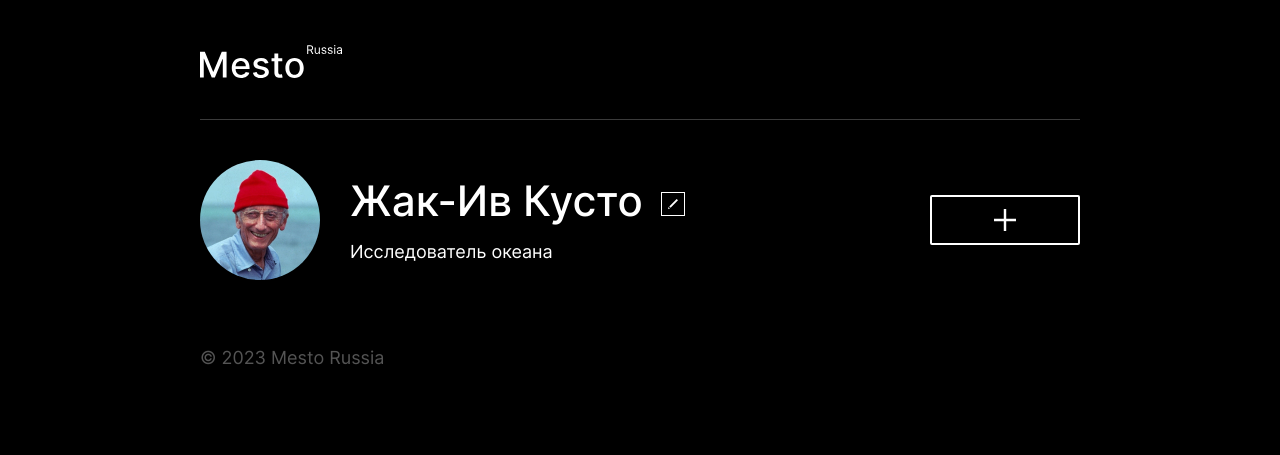
Repository: Dmitry-Rusinov/mesto
Page: index.html
The author's editor kept a copy of each file at every save. The page is drawn from the files as they stood at one save, then again after the next save.
The browser window is 1280 px wide. The pictures show the whole page.

Above is the page before, as saved 2023-05-12 15:16:50.
Console error: TypeError: Cannot read properties of null (reading 'content')

### index.html
<!DOCTYPE html>
<html lang="ru">
  <head>
    <meta charset="UTF-8" />
    <meta name="viewport" content="width=device-width, initial-scale=1.0" />
    <link rel="stylesheet" href="./pages/index.css" />
    <title>Третий проект Яндекс.Практикум "Место"</title>
  </head>
  <body class="page">
    <div class="content">
      <header class="header">
        <img
          src="./images/logo.svg"
          alt="Логотип проекта Место.Россия"
          class="header__logo"
        />
      </header>
      <main>
        <section class="profile">
          <img
            src="./images/image.jpg"
            alt="Фотография пользователя"
            class="profile__avatar"
          />
          <div class="profile__info">
            <h1 class="profile__info-title">Жак-Ив Кусто</h1>
            <button
              type="button"
              title="Кнопка редактирования профиля"
              class="profile__edit-button"
            ></button>
            <p class="profile__subtitle">Исследователь океана</p>
          </div>
          <button
            type="button"
            title="Кнопка добавления фото-карточки"
            class="profile__add-button"
          ></button>
        </section>
        <section class="elements">
          <!--<ul class="elements__card">
            <li class="elements__card-content">
              <img
                src="./images/andrea-de-santis-Hu1ixxtInvs-unsplash.jpg"
                alt="Абстрактная многоярусная лестница"
                class="elements__picture"
              />
              <button type="button" title="Кнопка удаления карточки" class="elements__button-delete"></button>
              <div class="elements__description">
                <div class="elements__container">
                  <h2 class="elements__title">Лестница</h2>
                  <button
                    type="button"
                    title="Кнопка лайка картинки"
                    class="elements__button-like"
                  ></button>
                </div>
              </div>
            </li>
            <li class="elements__card-content">
              <img
                src="./images/david-becker-pEqvRg-o-PY-unsplash.jpg"
                alt="Северное сияние"
                class="elements__picture"
              />
              <button type="button" title="Кнопка удаления карточки" class="elements__button-delete"></button>
              <div class="elements__description">
                <div class="elements__container">
                  <h2 class="elements__title">Северное сияние</h2>
                  <button
                    type="button"
                    title="Кнопка лайка картинки"
                    class="elements__button-like"
                  ></button>
                </div>
              </div>
            </li>
            <li class="elements__card-content">
              <img
                src="./images/hamdhulla-shakeeb-S98UHzzXq_E-unsplash.jpg"
                alt="Пляж с пальмами и голубой водой"
                class="elements__picture"
              />
              <button type="button" title="Кнопка удаления карточки" class="elements__button-delete"></button>
              <div class="elements__description">
                <div class="elements__container">
                  <h2 class="elements__title">Пляж</h2>
                  <button
                    type="button"
                    title="Кнопка лайка картинки"
                    class="elements__button-like"
                  ></button>
                </div>
              </div>
            </li>
            <li class="elements__card-content">
              <img
                src="./images/josh-hild-znpfVkfxRgk-unsplash.jpg"
                alt="Девушка с удивленным взглядом в поле цветов"
                class="elements__picture"
              />
              <button type="button" title="Кнопка удаления карточки" class="elements__button-delete"></button>
              <div class="elements__description">
                <div class="elements__container">
                  <h2 class="elements__title">Девушка в цветах</h2>
                  <button
                    type="button"
                    title="Кнопка лайка картинки"
                    class="elements__button-like"
                  ></button>
                </div>
              </div>
            </li>
            <li class="elements__card-content">
              <img
                src="./images/mat-5DDrT2ioNuI-unsplash.jpg"
                alt="Римские колонны"
                class="elements__picture"
              />
              <button type="button" title="Кнопка удаления карточки" class="elements__button-delete"></button>
              <div class="elements__description">
                <div class="elements__container">
                  <h2 class="elements__title">Римские колонны</h2>
                  <button
                    type="button"
                    title="Кнопка лайка картинки"
                    class="elements__button-like"
                  ></button>
                </div>
              </div>
            </li>
            <li class="elements__card-content">
              <img
                src="./images/shana-van-roosbroek-nkS1Y4KsEAw-unsplash.jpg"
                alt="Доски для серфинга на пляже"
                class="elements__picture"
              />
              <button type="button" title="Кнопка удаления карточки" class="elements__button-delete"></button>
              <div class="elements__description">
                <div class="elements__container">
                  <h2 class="elements__title">Серфинг</h2>
                  <button
                    type="button"
                    title="Кнопка лайка картинки"
                    class="elements__button-like"
                  ></button>
                </div>
              </div>
            </li>
          </ul>-->
        </section>
      </main>
      <footer class="footer">
        <p class="footer__text">© 2023 Mesto Russia</p>
      </footer>
    </div>
    <div class="popup">
      <div class="popup__container">
        <button
          type="button"
          class="popup__closed"
          title="Кнопка закрытия формы"
        ></button>
        <h2 class="popup__title">Редактировать профиль</h2>
        <form name="form" class="popup__form">
          <fieldset class="popup__content">
            <input
              class="popup__input popup__input_user_name"
              type="text"
              id="user-name"
              placeholder="Как вас зовут?"
              minlength="1"
              maxlength="200"
              name="name"
            />
            <input
              class="popup__input popup__input_user_job"
              type="text"
              id="description"
              placeholder="Дополнитерьная информация"
              minlength="1"
              maxlength="400"
              name="job"
            />
          </fieldset>
          <button type="submit" class="popup__submit" value="eddit">
            Сохранить
          </button>
        </form>
      </div>
    </div>
    <script src="./scripts/index.js"></script>
  </body>
</html>

### pages/index.css
@import url(../vendor/normalize.css);
@import url(../vendor/fonts.css);
@import url(../blocks/page/page.css);
@import url(../blocks/content/content.css);

/*header*/
@import url(../blocks/header/header.css);
@import url(../blocks/header/__logo/header__logo.css);

/*profile*/
@import url(../blocks/profile/profile.css);
@import url(../blocks/profile/__add-button/profile__add-button.css);
@import url(../blocks/profile/__avatar/profile__avatar.css);
@import url(../blocks/profile/__edit-button/profile__edit-button.css);
@import url(../blocks/profile/__info/profile__info.css);
@import url(../blocks/profile/__info-title/profile__info-title.css);
@import url(../blocks/profile/__subtitle/profile__subtitle.css);

/*elements*/
@import url(../blocks/elements/elements.css);
@import url(../blocks/elements/__card/elements__card.css);
@import url(../blocks/elements/__button-like/elements__button-like.css);
@import url(../blocks/elements/__card-content/elements__card-content.css);
@import url(../blocks/elements/__container/elements__container.css);
@import url(../blocks/elements/__picture/elements__picture.css);
@import url(../blocks/elements/__title/elements__title.css);
@import url(../blocks/elements/__button-delete/elements__button-delete.css);

/*footer*/
@import url(../blocks/footer/footer.css);
@import url(../blocks/footer/__text/footer__text.css);

/*popup*/
@import url(../blocks/popup/popup.css);
@import url(../blocks/popup/__title/popup__title.css);
@import url(../blocks/popup/__submit/popup__submit.css);
@import url(../blocks/popup/_opened/popup_opened.css);
@import url(../blocks/popup/__input/popup__input.css);
@import url(../blocks/popup/__form/popup__form.css);
@import url(../blocks/popup/__content/popup__content.css);
@import url(../blocks/popup/__container/popup__container.css);
@import url(../blocks/popup/__closed/popup__closed.css);

### scripts/index.js
const buttonPopupOpen = document.querySelector('.profile__edit-button');
const popup = document.querySelector('.popup');
const buttonPopupClosed = document.querySelector('.popup__closed');
let formElement = document.querySelector('.popup__form');
let nameInput = document.querySelector('.popup__input_user_name');
let jobInput = document.querySelector('.popup__input_user_job');
let newNameInput = document.querySelector('.profile__info-title');
let newJobInput = document.querySelector('.profile__subtitle');

const togglePopupState = (popupToToggle) => popupToToggle.classList.toggle('popup_opened');

buttonPopupOpen.addEventListener('click', () => {
  togglePopupState(popup);
  nameInput.value = newNameInput.textContent;
  jobInput.value = newJobInput.textContent;
});

buttonPopupClosed.addEventListener('click', () => togglePopupState(popup));
/*popup.addEventListener('click', (evt) => {
  if (evt.target === evt.currentTarget) {
    togglePopupState(popup)
  }
})*/

function handleFormSubmit (evt) {
    evt.preventDefault();
    newNameInput.textContent = nameInput.value;
    newJobInput.textContent = jobInput.value;
    togglePopupState(popup);
}
// Прикрепляем обработчик к форме:
// он будет следить за событием “submit” - «отправка»
formElement.addEventListener('submit', handleFormSubmit);

const elementsCard = document.querySelector('.elements__card');
const elementsCardContent = document.querySelector('.elements__card-content').content;
//const elementsPicture = document.querySelector('.elements__picture');
//const elementsTitle = document.querySelector('.elements__title');


const initialCards = [
  {
    name: 'Архыз',
    link: 'https://pictures.s3.yandex.net/frontend-developer/cards-compressed/arkhyz.jpg'
  },
  {
    name: 'Челябинская область',
    link: 'https://pictures.s3.yandex.net/frontend-developer/cards-compressed/chelyabinsk-oblast.jpg'
  },
  {
    name: 'Иваново',
    link: 'https://pictures.s3.yandex.net/frontend-developer/cards-compressed/ivanovo.jpg'
  },
  {
    name: 'Камчатка',
    link: 'https://pictures.s3.yandex.net/frontend-developer/cards-compressed/kamchatka.jpg'
  },
  {
    name: 'Холмогорский район',
    link: 'https://pictures.s3.yandex.net/frontend-developer/cards-compressed/kholmogorsky-rayon.jpg'
  },
  {
    name: 'Байкал',
    link: 'https://pictures.s3.yandex.net/frontend-developer/cards-compressed/baikal.jpg'
  }
];

const elementsInfo = initialCards.map((item) => {
  return {
    name: item.name,
    link: item.link
  };
});

function createCard({name, link}) {
  const changedElements = elementsCard.querySelector('.elements__card-content').cloneNode(true);
  changedElements.querySelector('.elements__title').textContent = name;
  changedElements.querySelector('.elements__picture').src = link;
  elementsCard.prepend(changedElements);
}

function create() {
  elementsInfo.forEach(createCard);
}

create();

### vendor/fonts.css
@font-face {
  font-family: 'Inter';
  font-style:  normal;
  font-weight: 400;
  font-display: swap;
  src: url("Inter-Regular.woff2?v=3.19") format("woff2"),
       url("Inter-Regular.woff?v=3.19") format("woff");
}
@font-face {
  font-family: 'Inter';
  font-style:  normal;
  font-weight: 500;
  font-display: swap;
  src: url("Inter-Medium.woff2?v=3.19") format("woff2"),
       url("Inter-Medium.woff?v=3.19") format("woff");
}
@font-face {
  font-family: 'Inter';
  font-style:  normal;
  font-weight: 900;
  font-display: swap;
  src: url("Inter-Black.woff2?v=3.19") format("woff2"),
       url("Inter-Black.woff?v=3.19") format("woff");
}

### blocks/page/page.css
.page {
  font-family: "Inter", Helvetica, Arial, sans-serif;
  background-color: #000000;
  -webkit-text-size-adjust: 100%;
  -ms-text-size-adjust: 100%;
  -moz-text-size-adjust: 100%;
  -webkit-font-smoothing: antialiased;
  -moz-osx-font-smoothing: grayscale;
  text-rendering: optimizeLegibility;
  margin: 0 auto;
  width: 100%;
}

### blocks/content/content.css
.content {
  max-width: calc(1280px - 2 * 200px);
  width: calc(100% - 2 * 200px);
  margin: 45px auto 60px;
  position: relative;
}

@media screen and (max-width: 1279px) {
  .content {
    max-width: calc(1279px - 2 * 15.6%);
    width: calc(100% - 2 * 15.6%);
  }
}

@media screen and (max-width: 768px) {
  .content {
    max-width: calc(768px - 2 * 6%);
    width: calc(100% - 2 * 6%);
    margin: 28px auto 36px;
  }
}

@media screen and (max-width: 320px) {
  .content {
    width: 100%;
  }
}

### blocks/header/header.css
.header {
  display: flex;
  flex-direction: column;
  justify-content: space-between;
  margin: 0;
  border-bottom: 1px solid rgba(84, 84, 84, 0.7);
}

### blocks/header/__logo/header__logo.css
.header__logo {
  object-fit: contain;
  margin-bottom: 41px;
  max-width: 142px;
}

@media screen and (max-width: 320px) {
  .header__logo {
    max-width: 103.74px;
    margin-bottom: 31.6px;
    margin-left: 27px;
  }
}

### blocks/profile/profile.css
.profile {
  display: flex;
  width: 100%;
  margin: 40px auto 0;
  align-items: center;
}
@media screen and (max-width: 980px) {
  .profile {
    flex-direction: column;
  }
}

### blocks/profile/__add-button/profile__add-button.css
.profile__add-button {
  background-image: url(../../../images/addBottonPlus.svg);
  width: 150px;
  height: 50px;
  background-repeat: no-repeat;
  background-position: center;
  background-color: transparent;
  border: 2px solid #ffffff;
  border-radius: 2px;
  box-sizing: border-box;
  cursor: pointer;
  align-self: center;
  margin-left: auto;
  transition: opacity 0.6s;
}

.profile__add-button:hover {
  opacity: 0.6;
}

@media screen and (max-width: 980px) {
  .profile__add-button {
    margin: auto;
    width: 330px;
  }
}

@media screen and (max-width: 425px) {
  .profile__add-button {
    width: 234px;
  }
}

@media screen and (max-width: 320px) {
  .profile__add-button {
    max-width: calc(320px - 2 * 19px);
    width: calc(100% - 2 * 19px);
    background-size: 16px;
  }
}

### blocks/profile/__avatar/profile__avatar.css
.profile__avatar {
  object-fit: cover;
  border-radius: 50%;
  width: 120px;
  height: 120px;
  margin-right: 30px;
  padding: 0;
}

@media screen and (max-width: 980px) {
  .profile__avatar {
    margin: 0 auto 26px;
  }
}

### blocks/profile/__edit-button/profile__edit-button.css
.profile__edit-button {
  border: 1px solid #ffffff;
  background-image: url(../../../images/edit-button.svg);
  height: 24px;
  width: 24px;
  background-color: transparent;
  background-position: center;
  cursor: pointer;
  transition: opacity 0.6s;
  box-sizing: border-box;
  padding: 0;
  background-repeat: no-repeat;
}

.profile__edit-button:hover {
  opacity: 0.6;
}

@media screen and (max-width: 425px) {
  .profile__edit-button {
    height: 18px;
    width: 18px;
    background-size: 8px;
  }
}

### blocks/profile/__info/profile__info.css
.profile__info {
  display: grid;
  grid-template-columns: 1fr 24px;
  column-gap: 18px;
  row-gap: 16px;
  align-items: baseline;
  box-sizing: border-box;
  max-width: 336px;
}

@media screen and (max-width: 980px) {
  .profile__info {
    margin: 0 auto 36px;
  }
}

@media screen and (max-width: 425px) {
  .profile__info {
    grid-template-columns: 1fr 18px;
    column-gap: 14px;
    row-gap: 10px;
  }
}

### blocks/profile/__info-title/profile__info-title.css
.profile__info-title {
  color: white;
  font-style: normal;
  font-weight: 500;
  font-size: 42px;
  line-height: 48px;
  margin: 0;
  padding: 0;
  text-overflow: ellipsis;
  white-space: nowrap;
  overflow: hidden;
  vertical-align: baseline;
}

@media screen and (max-width: 980px) {
  .profile__info-title {
    text-align: center;
  }
}

@media screen and (max-width: 425px) {
  .profile__info-title {
    font-size: 27px;
    line-height: 33px;
  }
}

### blocks/profile/__subtitle/profile__subtitle.css
.profile__subtitle {
  font-style: normal;
  font-weight: 400;
  font-size: 18px;
  line-height: 1.22;
  margin: 0;
  padding: 0;
  color: #ffffff;
  text-overflow: ellipsis;
  white-space: nowrap;
  overflow: hidden;
}

@media screen and (max-width: 980px) {
  .profile__subtitle {
    text-align: center;
    grid-column: 1 / 3;
  }
}

@media screen and (max-width: 425px) {
  .profile__subtitle {
    font-size: 14px;
    line-height: 17px;
  }
}

### blocks/elements/elements.css
.elements {
  margin: 51px auto 0;
}

@media screen and (max-width: 425px) {
  .elements {
    margin: 36px auto 0;
  }
}

### blocks/elements/__card/elements__card.css
.elements__card {
  list-style: none;
  display: grid;
  grid-template-columns: repeat(3, 1fr);
  column-gap: 17px;
  row-gap: 20px;
  margin: 0;
  padding: 0;
}

@media screen and (max-width: 1279px) {
  .elements__card {
    grid-template-columns: repeat(2, 1fr);
    max-width: max-content;
    margin: 0 auto;
  }
}

@media screen and (max-width: 980px) {
  .elements__card {
    grid-template-columns: 1fr;
  }
}

### blocks/elements/__button-like/elements__button-like.css
.elements__button-like {
  background-image: url(../../../images/botton-like.svg);
  width: 22px;
  height: 19px;
  border: 0;
  background-color: transparent;
  cursor: pointer;
  transition: opacity 0.6s;
}

.elements__button-like:hover {
  opacity: 0.5;
}

.elements__button-like:active {
  background-image: url(../../../images/button-like-active.svg);
  opacity: 1;
}

### blocks/elements/__card-content/elements__card-content.css
.elements__card-content {
  display: flex;
  position: relative;
  flex-direction: column;
  border-radius: 10px;
  margin: 0;
  padding: 0;
  overflow: hidden;
  background: #FFFFFF;
}

### blocks/elements/__container/elements__container.css
.elements__container {
  display: flex;
  justify-content: space-between;
  margin: 25px 20px 31px;
  align-items: center;
}

### blocks/elements/__picture/elements__picture.css
.elements__picture {
  height: 282px;
  width: 100%;
  object-fit: cover;
}

### blocks/elements/__title/elements__title.css
.elements__title {
  font-style: normal;
  font-weight: 900;
  font-size: 1.5em;
  line-height: 1.2;
  margin: 0;
  padding: 0;
  max-width: 220px;
  text-overflow: ellipsis;
  white-space: nowrap;
  overflow: hidden;
}

### blocks/elements/__button-delete/elements__button-delete.css
.elements__button-delete {
  position: absolute;
  background-image: url(../../../images/deleteCard-basket.svg);
  cursor: pointer;
  top: 20px;
  right: 20px;
  width: 18px;
  height: 19px;
  border: 1px solid green;
  background-color: transparent;
  background-repeat: no-repeat;
  transition: opacity 0.6s;
}

.elements__button-delete:hover {
  opacity: 0.6;
}

### blocks/footer/footer.css
.footer {
  max-width: 318px;
  margin-top: 67px;
  margin-right: auto;
}

@media screen and (max-width: 425px) {
  .footer {
    margin-top: 48px;
  }
}

### blocks/footer/__text/footer__text.css
.footer__text {
  font-style: normal;
  font-weight: 400;
  font-size: 18px;
  line-height: 22px;
  color: #545454;
  margin: 0;
  padding: 0;
}

@media screen and (max-width: 320px) {
  .footer__text {
    font-size: 14px;
    line-height: 17px;
    margin: 0 19px;
  }
}

### blocks/popup/popup.css
.popup {
  position: fixed;
  top: 0;
  left: 0;
  z-index: 5;
  width: 100%;
  height: 100%;
  display: none;
  background-color: rgba(0, 0, 0, 0.5);
  justify-content: center;
  align-items: center;
}

### blocks/popup/__title/popup__title.css
.popup__title {
  font-style: normal;
  font-weight: 900;
  font-size: 24px;
  line-height: 29px;
  margin: 0;
  padding: 0;
}

@media screen and (max-width: 768px) {
  .popup__title {
    font-size: 18px;
    line-height: 22px;
  }
}

### blocks/popup/__submit/popup__submit.css
.popup__submit {
  margin: 0;
  padding-top: 14px;
  padding-bottom: 14px;
  border-radius: 2px;
  background-color: #000000;
  color: #fff;
  width: 100%;
  font-style: normal;
  font-weight: 400;
  font-size: 18px;
  line-height: 22px;
  text-align: center;
  border: none;
  transition: .6s ease;
  cursor: pointer;
}

.popup__submit:hover {
  background-color: rgba(0, 0, 0, .8);
}

@media screen and (max-width: 768px) {
  .popup__submit {
    margin: 28px 0 0;
    font-size: 14px;
    line-height: 17px;
  }
}

### blocks/popup/__input/popup__input.css
.popup__input {
  border: none;
  border-bottom: 1px solid rgba(0, 0, 0, 0.2);
  padding: 13px 0 10px;
  margin: 0 0 17px;
  width: 100%;
  font-style: normal;
  font-weight: 400;
  font-size: 14px;
  line-height: 17px;
}

### blocks/popup/__form/popup__form.css
.popup__form {
  display: flex;
  flex-direction: column;
  box-sizing: border-box;
  margin-top: 35px;
}

@media screen and (max-width: 768px) {
  .popup__form {
    margin-top: 62px;
  }
}

### blocks/popup/__content/popup__content.css
.popup__content {
  padding: 0;
  margin: 0 0 31px;
  border: none;
  flex-direction: column;
}
@media screen and (max-width: 768px) {
  .popup__content {
    margin: 0;
  }
}

### blocks/popup/__container/popup__container.css
.popup__container {
  border-radius: 10px;
  background: #fff;
  width: 358px;
  position: relative;
  box-shadow: 0px 0px 25px rgba(0, 0, 0, 0.15);
  flex-direction: column;
  z-index: 5;
  padding: 34px 36px 37px;
}

@media screen and (max-width: 768px) {
  .popup__container {
    width: 238px;
    padding: 25px 22px;
  }
}

### blocks/popup/__closed/popup__closed.css
.popup__closed {
  position: absolute;
  top: -40px;
  right: -40px;
  transition: opacity 0.6s;
  cursor: pointer;
  background-image: url(../../../images/close-icon.svg);
  height: 32px;
  width: 32px;
  background-color: transparent;
  border: none;
}

.popup__closed:hover {
  opacity: 0.6;
}

@media screen and (max-width: 768px) {
  .popup__closed {
    top: -36px;
    right: 0;
    background-image: url(../../../images/close-icon-mini.svg);
    height: 20px;
    width: 20px;
  }
}

Loaded but not shown: vendor/normalize.css (library); blocks/popup/_opened/popup_opened.css (common file)

After the next save:
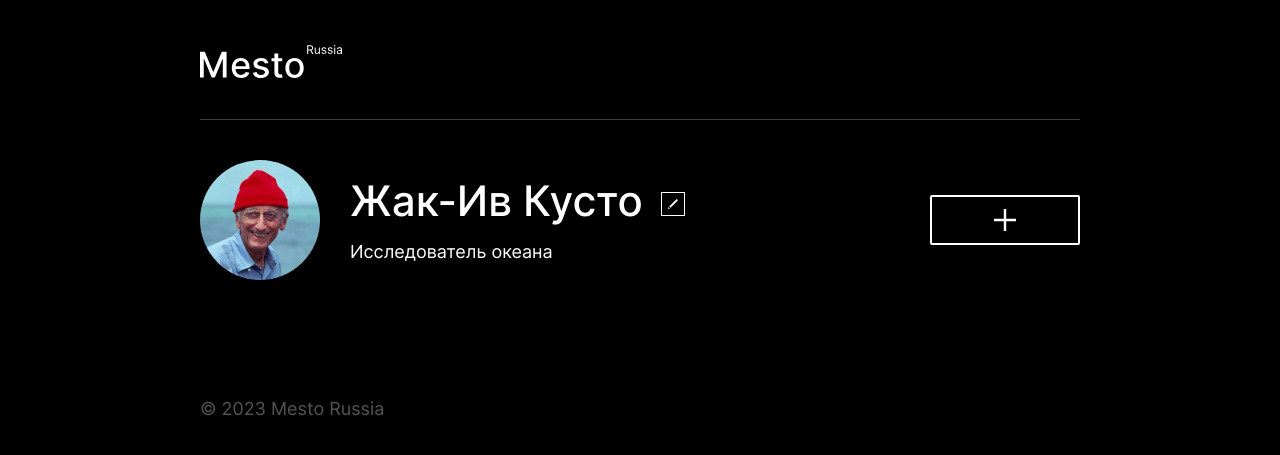
Saved 105 s later.
--- a/index.html
+++ b/index.html
@@ -38,8 +38,8 @@
           ></button>
         </section>
         <section class="elements">
-          <!--<ul class="elements__card">
-            <li class="elements__card-content">
+          <ul class="elements__card">
+            <!--<li class="elements__card-content">
               <img
                 src="./images/andrea-de-santis-Hu1ixxtInvs-unsplash.jpg"
                 alt="Абстрактная многоярусная лестница"
@@ -146,8 +146,8 @@
                   ></button>
                 </div>
               </div>
-            </li>
-          </ul>-->
+            </li>-->
+          </ul>
         </section>
       </main>
       <footer class="footer">
